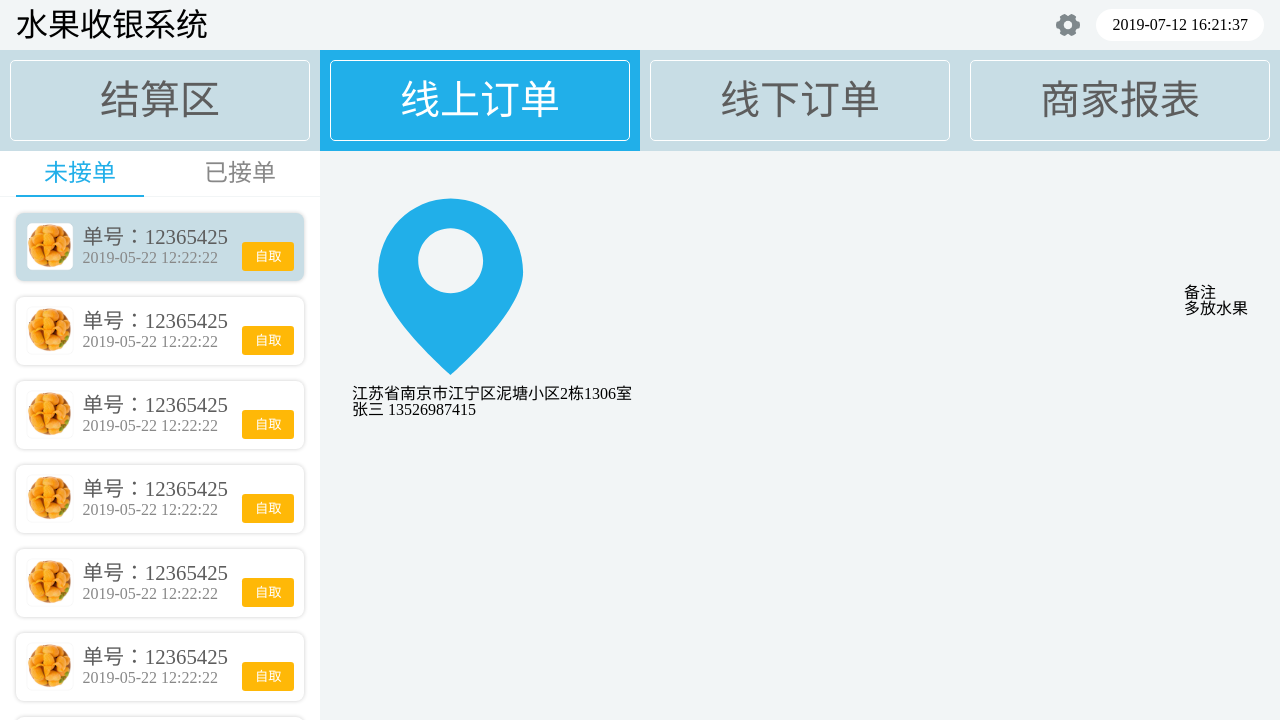
Repository: missing-star/fruit
Page: index.html
The author's editor kept a copy of each file at every save. The page is drawn from the files as they stood at one save, then again after the next save.
The browser window is 1280 px wide. The pictures show the whole page.

Above is the page before, as saved 2019-07-12 16:58:47.

### index.html
<!DOCTYPE html>
<html lang="en">

<head>
    <meta charset="UTF-8">
    <meta name="viewport" content="width=device-width, initial-scale=1.0">
    <meta http-equiv="X-UA-Compatible" content="ie=edge">
    <title>水果收银系统</title>
    <link rel="stylesheet" href="./css/index.css">
</head>

<body>
    <div id="app">
        <header class="title-bar">
            <p class="title">水果收银系统</p>
            <div class="right-part-show">
                <img src="./images/setting.png" alt="设置" class="setting-icon">
                <p class="show-current-time">{{currentTime}}</p>
            </div>
        </header>
        <ul class="category-tab">
            <li class="category-item" :class="{active:currentIndex == 0}" @click="switchTab(0)">
                <p class="category-title">结算区</p>
            </li>
            <li class="category-item" :class="{active:currentIndex == 1}" @click="switchTab(1)">
                <p class="category-title">线上订单</p>
            </li>
            <li class="category-item" :class="{active:currentIndex == 2}" @click="switchTab(2)">
                <p class="category-title">线下订单</p>
            </li>
            <li class="category-item" :class="{active:currentIndex == 3}" @click="switchTab(3)">
                <p class="category-title">商家报表</p>
            </li>
        </ul>
        <!-- 结算区 -->
        <div v-show="currentIndex == 0" class="main-content">
            <div class="operation-wrapper">
                <ul class="goods-list-wrapper">
                    <li v-for="n in 10" class="goods-item">
                        <div class="goods-pic-wrapper">
                            <span class="delete-icon pointer"></span>
                            <img src="./images/goods.png" class="goods-pic">
                        </div>
                        <div class="goods-detail">
                            <p class="goods-title">苹果</p>
                            <p class="goods-spec">规格：12元/250g</p>
                            <p class="goods-money">
                                <span class="goods-weight">重量357g</span>
                                <span class="goods-price">
                                    <i class="money-icon black">￥</i>
                                    <i class="money-number black">18</i>
                                </span>
                            </p>
                        </div>
                    </li>
                </ul>
                <div class="calculator-scope">
                    <div class="show-total-money">
                        <p class="total-title">共4件商品</p>
                        <p class="total-money">
                            <span class="money-title">合计</span>
                            <span class="show-money">
                                <i class="money-icon blue">￥</i>
                                <i class="money-number blue">54.00</i>
                            </span>
                        </p>
                    </div>
                    <div class="operation-group">
                        <div class="left-part">
                            <button class="order-list pointer">挂单列表</button>
                            <button class="go-order pointer">挂单</button>
                        </div>
                        <button class="right-part pointer">
                            结算
                        </button>
                    </div>
                </div>
            </div>
            <div class="goods-choice-wrapper">
                <ul class="goods-category-wrapper">
                    <li @click="switchSubTab(n-1)" :class="{active:subCurrentIndex == n-1}" v-for="n in 20"
                        class="goods-category-item pointer">
                        分类
                    </li>
                </ul>
                <ul class="goods-choice-list">
                    <li v-for="n in 20" class="goods-choice-item">
                        <img src="./images/goods.png" class="goods-show-pic">
                        <p class="goods-desc">
                            <span class="goods-name">小泰芒</span>
                            <span class="price-weight">23元 / 250g</span>
                        </p>
                    </li>
                </ul>
            </div>
        </div>
        <div v-show="currentIndex == 1" class="main-content">
            <div class="operation-wrapper">
                <ul class="tab-wrapper">
                    <li @click="switchOnlineTab(0)" :class="{active:onlineCurrentIndex == 0}" class="tab-item pointer">
                        未接单</li>
                    <li @click="switchOnlineTab(1)" :class="{active:onlineCurrentIndex == 1}" class="tab-item pointer">
                        已接单</li>
                </ul>
                <div class="order-list-wrapper">
                    <ul v-show="onlineCurrentIndex == 0" class="accept-wrapper">
                        <li @click="getOrderDetail(0,n)" v-for="n in 20" class="order-item pointer"
                            :class="{active:currentOrder == n && onlineCurrentIndex == 0}">
                            <img src="./images/goods.png" class="order-goods-pic">
                            <div class="order-detail">
                                <p class="order-number">单号：12365425</p>
                                <p class="order-date">2019-05-22 12:22:22</p>
                            </div>
                            <button class="post-way self">自取</button>
                        </li>
                    </ul>
                    <ul v-show="onlineCurrentIndex == 1" class="accept-wrapper">
                        <li @click="getOrderDetail(1,n)" v-for="n in 20" class="order-item pointer"
                            :class="{active:currentOrder == n && onlineCurrentIndex == 1}">
                            <img src="./images/goods.png" class="order-goods-pic">
                            <div class="order-detail">
                                <p class="order-number">单号：12365425</p>
                                <p class="order-date">2019-05-22 12:22:22</p>
                            </div>
                            <button class="post-way post">自取</button>
                        </li>
                    </ul>
                </div>
            </div>
            <div class="order-detail-wrapper">
                <div class="user-info">
                    <div class="user-address info-part">
                        <img src="./images/location.png" class="location">
                        <div class="address-detail">
                            <p class="address">江苏省南京市江宁区泥塘小区2栋1306室</p>
                            <p class="user-detail">张三 13526987415</p>
                        </div>
                    </div>
                    <div class="user-comment info-part">
                        <p class="comment-title">备注</p>
                        <p class="user-detail">多放水果</p>
                    </div>
                </div>
            </div>
        </div>
        <div v-show="currentIndex == 2" class="main-content">

        </div>
        <div v-show="currentIndex == 3" class="main-content">

        </div>
    </div>
    <script src="https://cdn.bootcss.com/vue/2.6.10/vue.js"></script>
    <script src="./js/index.js"></script>
</body>

</html>

### css/index.css
html,body,div#app{
    height: 100%;
    background: #FFFFFF;
    min-width: 1200px;
}
body{
    font-size: calc(100vw / 19.2);
}
*{
    padding: 0;
    margin: 0;
    list-style: none;
    box-sizing: border-box;
    line-height: 100%;
    color: #000000;
    font-style: normal;
}
header.title-bar {
    background: #F2F5F6;
    padding: 1rem;
    height: 7%;
    display: flex;
    align-items: center;
    justify-content: space-between;
}
p.title {
    font-size: 2rem;
}
.right-part-show {
    display: flex;
    align-items: center;
    justify-content: space-around;
}
img.setting-icon {
    width: 1.5rem;
    margin-right: 1rem;
    cursor: pointer;
}
p.show-current-time {
    font-size: 1rem;
    background: #FFFFFF;
    padding: 0.5rem 1rem;
    border-radius: 10rem;
}
ul.category-tab {
    width: 100%;
    height: 14%;
    display: flex;
    align-items: center;
    justify-content: space-around;
    background: #C8DDE5;
}
li.category-item{
    width: 100%;
    height: 100%;
    display: flex;
    align-items: center;
    justify-content: center;
    padding: 10px;
    cursor: pointer;
}
li.category-item p.category-title {
    color: #5D5D5D;
    border: 1px solid #FFFFFF;
    border-radius: 5px;
    width: 100%;
    height: 100%;
    display: flex;
    align-items: center;
    justify-content: center;
    white-space: nowrap;
    font-size: 2.5rem;
}
li.category-item.active{
    background: #21AFE9;
}
li.category-item.active p.category-title{
    color: #FFFFFF;
}
.pointer{
    cursor: pointer;
}
.main-content {
    height: 79%;
    display: flex;
}
.operation-wrapper {
    width: 25%;
    height: 100%;
}
li.goods-item {
    height: 13vh;
    box-shadow: 0px 0px 4px 0px rgba(0,0,0,0.2);
    border-radius: 10px;
    margin: 1rem 0;
    display:flex;
}
.goods-pic-wrapper {
    position: relative;
    height: 100%;
    width: 30%;
    padding: 1rem;
}
img.goods-pic {
    width: 100%;
    height: auto;
}
ul.goods-list-wrapper {
    height: 75%;
    overflow: auto;
    padding: 0.5rem;
}
.calculator-scope {
    height: 25%;
}
span.delete-icon {
    width: 1.5rem;
    height: 1.5rem;
    background: url(../images/delete.png) no-repeat;
    background-size: 100% 100%;
    display: block;
    position: absolute;
    left: 0.5rem;
    top: 0.5rem;
}
.goods-detail {
    width: 70%;
    height: 100%;
}
p.goods-title {
    color: #000000;
    font-size: 2rem;
}
p.goods-spec {
    color: #6B6B6B;
    font-size: 1.2rem;
}
p.goods-money {
    display: flex;
    align-items: center;
    justify-content: space-between;
}
span.goods-weight {
    color: #FE7204;
    font-size: 1.5rem;
}
span.goods-price {
    font-size: 1.5rem;
}
.goods-detail {
    width: 70%;
    height: 100%;
    display: flex;
    flex-direction: column;
    justify-content: space-between;
    padding: 1rem;
}
i.money-number {
    font-size: 1.8rem;
}
i.money-icon {
    font-size: 1rem;
}
i.money-number.blue,i.money-icon.blue{
    color: #21AFE9;
}

.calculator-scope {
    border-top: 2px solid rgba(242,245,246,1);
    padding: 1rem;
}
div.show-total-money {
    background: rgba(242,245,246,1);
    display: flex;
    align-items: center;
    justify-content: space-between;
    font-size: 1.2rem;
    height: 30%;
    padding: 1rem;
    border-radius: 0.5rem;
    box-shadow:0px 1px 4px 0px rgba(0,0,0,0.2);
}
.operation-group {
    display: flex;
    align-items: center;
    justify-content: space-between;
    height: 70%;
    padding-top: 1rem;
}
p.total-title {
    color: #5D5D5D;
}
span.money-title {
    color: #333333;
}
button.order-list.pointer {
    background: #FFC639;
    outline: 0;
    border: none;
    color: #FFFFFF;
    width: 100%;
    height: 40%;
}
.left-part {
    width: 55%;
    height: 100%;
    display: flex;
    flex-direction: column;
    align-items: flex-start;
    justify-content: space-between;
}
button.order-list.pointer,button.go-order.pointer {
    border-radius: 0.5rem;
    background: #FFC639;
    outline: 0;
    border: none;
    color: #FFFFFF;
    width: 85%;
    height: 44%;
    font-size: 1.5rem;
}
button.go-order.pointer {
    background: #FF7A05;
}
.right-part {
    background: #21AFE9;
    border-radius: 0.5rem;
    color: #FFFFFF;
    font-size: 2rem;
    width: 45%;
    height: 100%;
    display: flex;
    align-items: center;
    justify-content: center;
    outline: 0;
    border:none;
}
ul.goods-category-wrapper {
    height: 100%;
    overflow: auto;
}
.goods-choice-wrapper {
    width: 75%;
    display: flex;
}
ul.goods-category-wrapper {
    width: 15%;
    height: 100%;
    overflow: auto;
}
li.goods-category-item {
    font-size: 1.5rem;
    display: flex;
    align-items: center;
    justify-content: center;
    height: 4rem;
    background: #EAEFF1;
    color: #5D5D5D;
    border-bottom: 2px solid #FFFFFF;
}
li.goods-category-item.active{
    background: #21AFE9;
    color: #FFFFFF;
}
ul.goods-choice-list {
    height: 100%;
    overflow: auto;
    width: 85%;
    background: #F2F5F6;
    display: flex;
    flex-wrap: wrap;
}
img.goods-show-pic {
    width: 100%;
}
li.goods-choice-item {
    width: 25%;
    margin: 2% calc(25% / 6);
    background: #FFFFFF;
    border-radius: 1rem;
    padding: 1rem;
}
p.goods-desc {
    display: flex;
    flex-direction: column;
    padding: 0 1rem;
}
span.goods-name {
    color: #333333;
    font-size: 2rem;
    margin-bottom: 1rem;
}
span.price-weight {
    color: #888888;
    font-size: 1.3rem;
}
ul::-webkit-scrollbar {
    height: 0;
    width: 4px;
}
ul::-webkit-scrollbar {
    width: 5px; /*对垂直流动条有效*/
    height: 0px; /*对水平流动条有效*/
}

/*定义滚动条的轨道颜色、内阴影及圆角*/
ul::-webkit-scrollbar-track{
    background-color: #FFFFFF;
    border-radius: 3px;
}


/*定义滑块颜色、内阴影及圆角*/
ul::-webkit-scrollbar-thumb{
    border-radius: 7px;
    background-color: #aaa;
}
ul.tab-wrapper{
    width: 100%;
    height: 8%;
    font-size: 1.5rem;
    display: flex;
    align-items: center;
    justify-content: space-around;
    border-bottom: 1px solid rgba(242,245,246,1);
}
li.tab-item{
    color: #888888;
    position: relative;
    width: 50%;
    text-align:center;
    height: 100%;
    display: flex;
    align-items: center;
    justify-content: center;
}
li.tab-item.active{
    color: #21AFE9;
}
li.tab-item.active:after{
    content: '';
    width: 80%;
    height: 2px;
    background: #21AFE9;
    position: absolute;
    bottom: -1px;
    left: 10%;
}
.order-list-wrapper {
    height: 92%;
}
ul.accept-wrapper {
    width: 100%;
    height: 100%;
    overflow: auto;
}
li.order-item {
    display: flex;
    align-items: center;
    justify-content: space-between;
    height: 13%;
    font-size: 1rem;
    box-shadow: 0px 0px 4px 0px rgba(0,0,0,0.2);
    border-radius: 0.5rem;
    margin: 1rem;
    padding: 0.6rem;
}
img.order-goods-pic{
    height: 100%;
}
button.post-way {
    align-self: flex-end;
    border: none;
    outline: 0;
    color: #FFFFFF;
    padding: 0.5rem 0.8rem;
    border-radius: 0.2rem;
}
button.post-way.self{
    background: #FFB807;
}
button.post-way.post{
    background: #FF7A05;
}
p.order-number {
    color: #5D5D5D;
    font-size: 1.3rem;
}
p.order-date {
    color: #888888;
    font-size: 1rem;
}
.order-detail {
    flex: 1;
    height: 85%;
    display: flex;
    align-items: flex-start;
    padding-left: 0.5rem;
    justify-content: space-around;
    flex-direction: column;
}
li.order-item.active{
    background: #C8DDE5;
}
.order-detail-wrapper {
    width: 75%;
    height: 100%;
    background: #F2F5F6;
    padding: 2rem;
}
.user-info {
    display: flex;
    align-items: center;
    justify-content: space-between;
    font-size: 1rem;
}

### js/index.js
new Vue({
    el: '#app',
    data: {
        currentTime: '0000-00-00 00:00:00',
        currentIndex:1,
        subCurrentIndex:0,
        onlineCurrentIndex:0,
        currentOrder:1
    },
    methods: {
        getCurrentTime: function () {
            var date = new Date();
            var year = date.getFullYear();
            var month = (date.getMonth() + 1) < 10 ? '0' + (date.getMonth() + 1) : (date.getMonth() + 1);
            var day = date.getDate() < 10 ? '0' + date.getDate() : date.getDate();
            var hour = date.getHours() < 10 ? '0' + date.getHours() : date.getHours();
            var minute = date.getMinutes() < 10 ? '0' + date.getMinutes() : date.getMinutes();
            var second = date.getSeconds() < 10 ? '0' + date.getSeconds() : date.getSeconds();
            this.currentTime = year + '-' + month + '-' + day + ' ' + hour + ':' + minute + ':' + second;
        },
        switchTab:function(index) {
            if(this.currentIndex != index) {
                this.currentIndex = index;
            }
        },
        switchSubTab:function(index) {
            if(this.subCurrentIndex != index) {
                this.subCurrentIndex = index;
            }
        },
        switchOnlineTab:function(index) {
            if(this.onlineCurrentIndex != index) {
                this.onlineCurrentIndex = index;
            }
        },
        getOrderDetail:function(onlineCurrentIndex,currentOrder) {
            if(this.onlineCurrentIndex != onlineCurrentIndex || currentOrder != this.currentOrder) {
                this.onlineCurrentIndex = onlineCurrentIndex;
                this.currentOrder = currentOrder;
            }
        }
    },
    created: function () {
        var vm = this;
        vm.getCurrentTime();
        setInterval(function(){
            vm.getCurrentTime();
        }, 1000);
    }
});

After the next save:
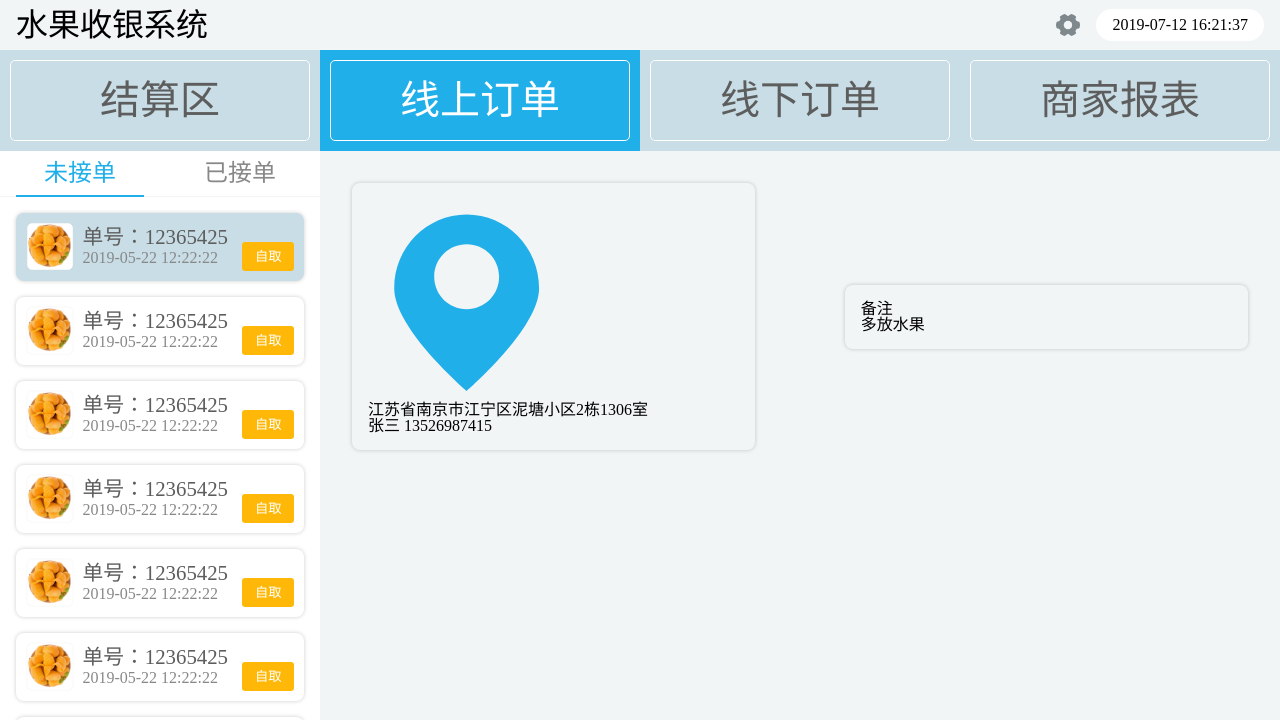
Saved 83 s later.
--- a/css/index.css
+++ b/css/index.css
@@ -414,3 +414,9 @@ li.order-item.active{
     justify-content: space-between;
     font-size: 1rem;
 }
+.info-part {
+    box-shadow: 0px 0px 4px 0px rgba(0,0,0,0.2);
+    border-radius: 0.5rem;
+    width: 45%;
+    padding: 1rem;
+}
